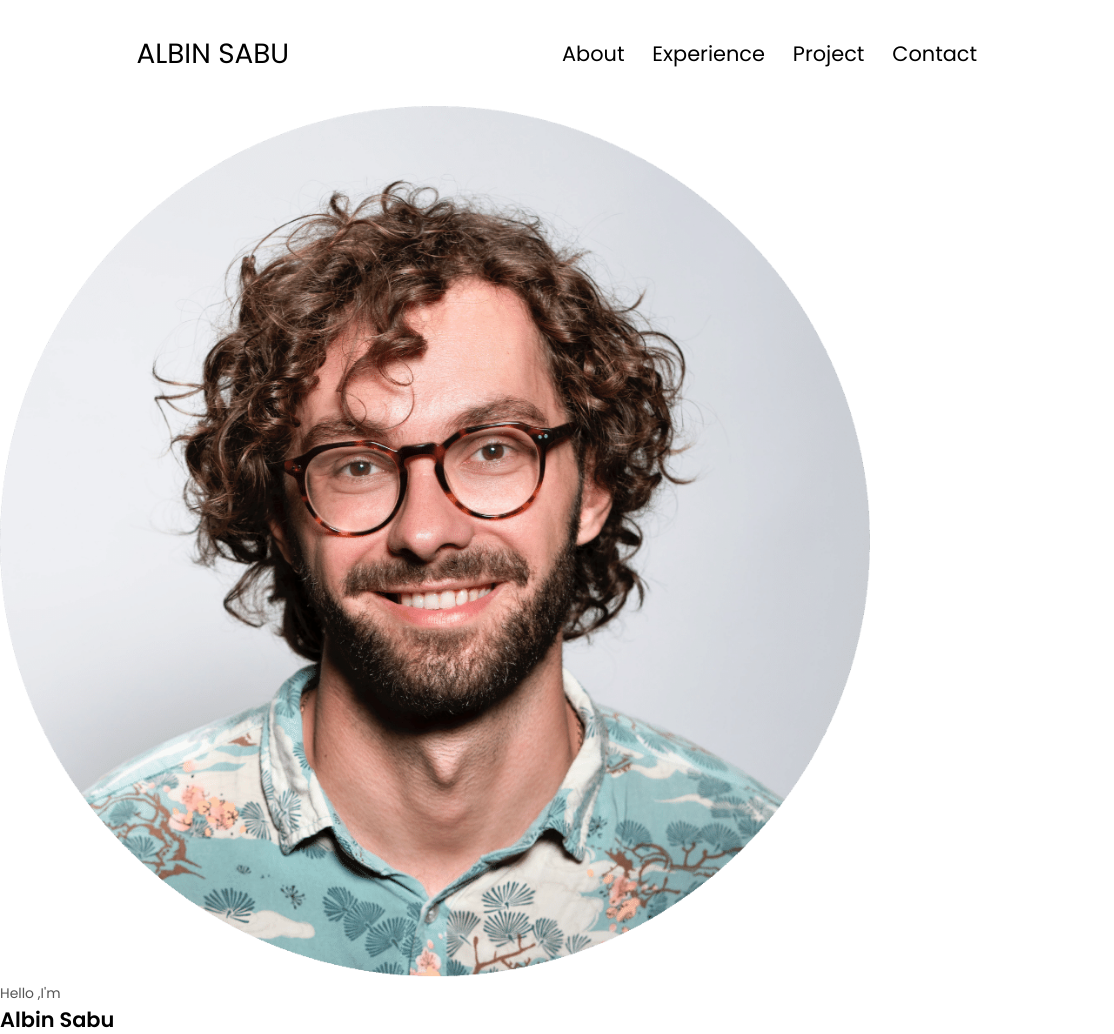
Repository: albinsabu2023/albinsabu
Page: index.html
The author's editor kept a copy of each file at every save. The page is drawn from the files as they stood at one save, then again after the next save.
The browser window is 1280 px wide. The pictures show the whole page, at 87% of full size.

Above is the page before, as saved 2023-08-29 11:32:30.

After the next save:
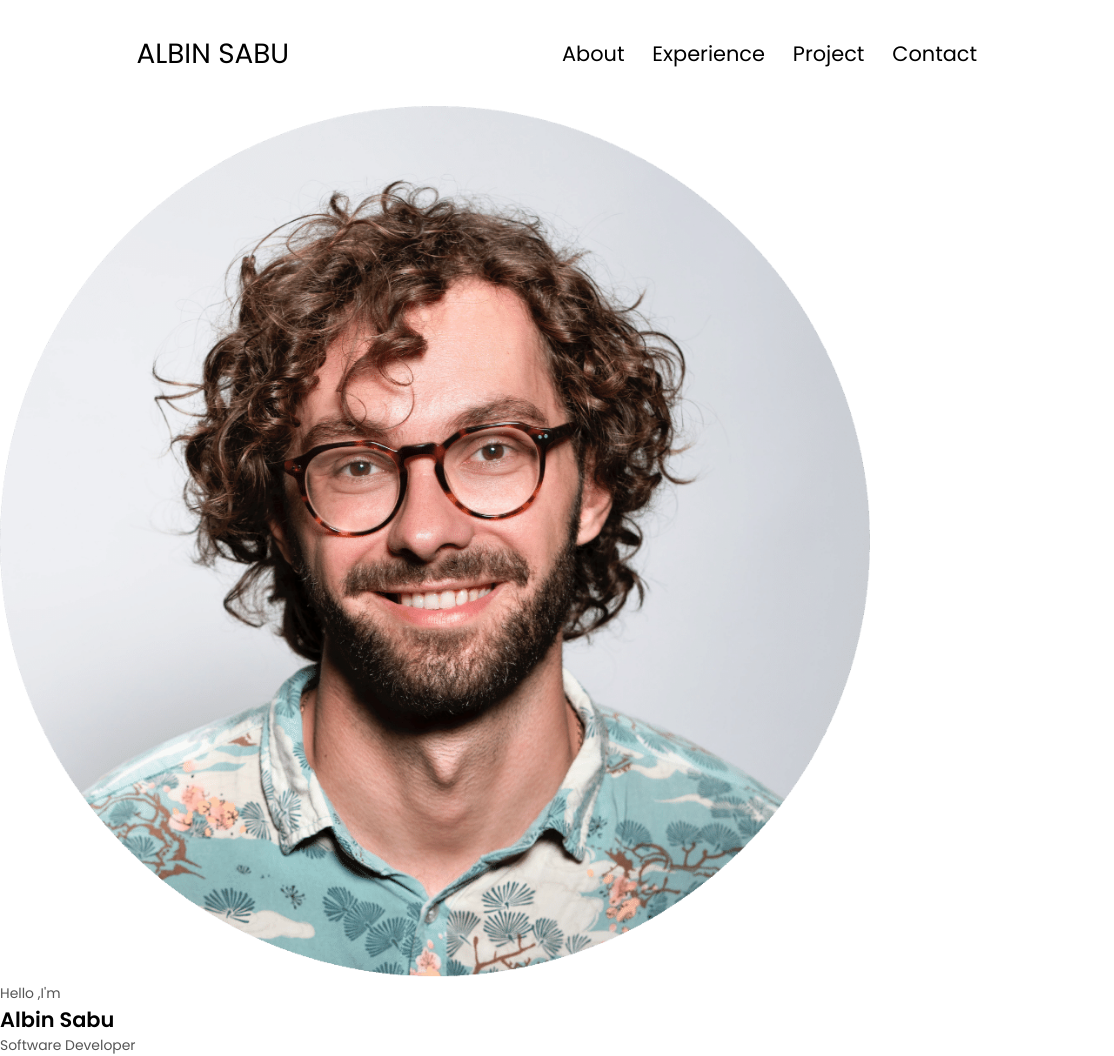
Saved 16 s later.
--- a/index.html
+++ b/index.html
@@ -44,7 +44,7 @@
         <div class="section__text">
             <p class="section__text__p1">Hello ,I'm</p>
             <h1 class="title">Albin Sabu</h1>
-            <p class=""></p>
+            <p class="section__text__p2">Software Developer</p>
         </div>
     </section>
     <script src="script.js"></script>
